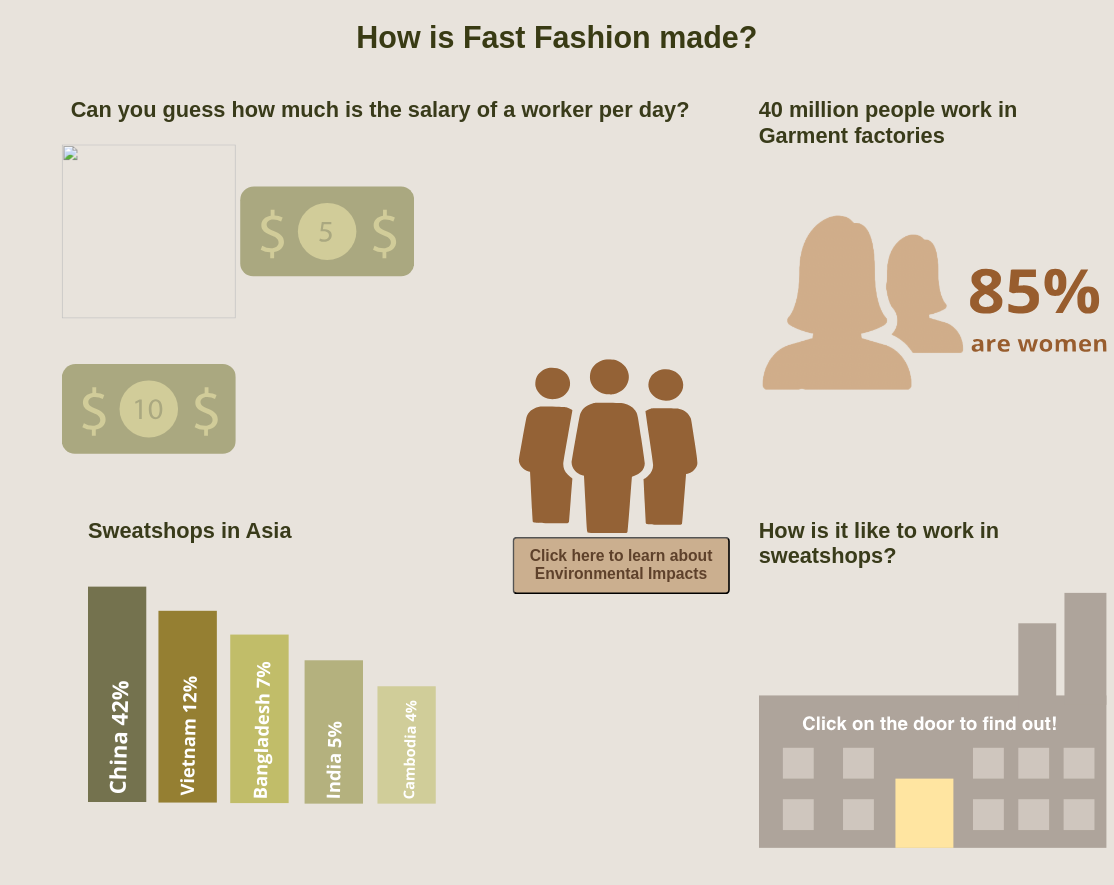
Repository: DevOfHockey/mdia-2190-midterm
Page: fashionlabor.html
These files come from the project's save history. The page is drawn as it stood at one moment and after the next save; the edit follows.
The browser window is 1280 px wide. The pictures show the whole page, at 87% of full size.

Above is the page before, as saved 2022-03-07 18:59:09.

After the next save:
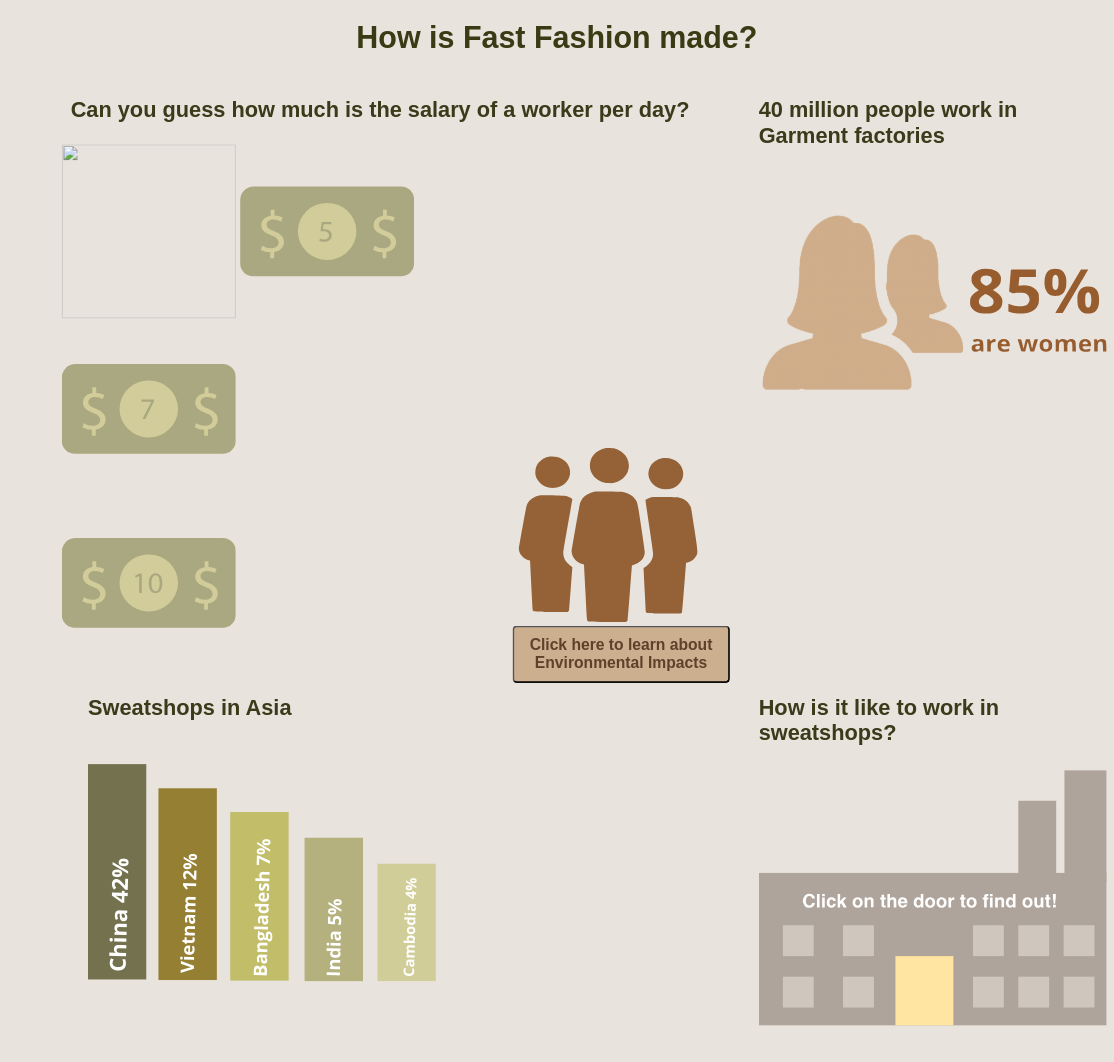
Saved 17 s later.
--- a/comps/salarybox.js
+++ b/comps/salarybox.js
@@ -11,13 +11,13 @@ img {
 
 img:nth-child(3) {
     display: block;
-    align-items: center;
 
 </style>
 
 <div class="salarybox">
     <img src="/imgs/2dollar.svg">
     <img src="/imgs/5dollar.svg">
+    <img src="/imgs/7dollar.svg">
     <img src="/imgs/10dollar.svg">
 </div>
 `;
